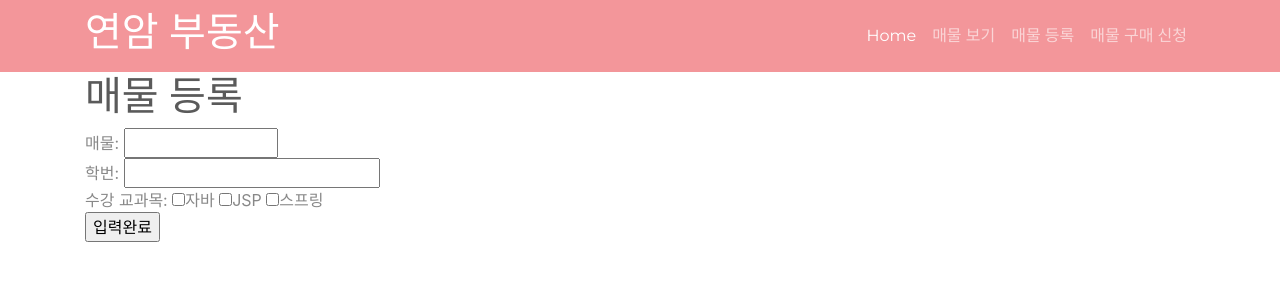
Repository: Leekm0912/2-1_JSP-DB_Project
Page: http://localhost/WebTest/DB/InsertTable.jsp
The author's editor kept a copy of each file at every save. The page is drawn from the files as they stood at one save, then again after the next save.
The browser window is 1280 px wide. The pictures show the whole page.
The page is served by Tomcat 9. Other server files are loaded and not shown.

Above is the page before, as saved 2020-06-10 03:37:50.

### WebTest/WebContent/DB/InsertTable.jsp
<%@ page contentType="text/html; charset=utf-8"%>
<!DOCTYPE html>
<html lang="ko">

<head>

<meta charset="utf-8">
<meta name="viewport" content="width=device-width, initial-scale=1, shrink-to-fit=no">
<meta name="description" content="">
<meta name="author" content="">
<title>Bare - Start Bootstrap Template</title>

<!-- Bootstrap core CSS -->
<link href="vendor/bootstrap/css/bootstrap.min.css" rel="stylesheet">
</head>

<body>

	<!-- Navigation -->
	<nav class="navbar navbar-expand-lg navbar-dark bg-dark static-top">
		<div class="container">
			<h1 style="color: white;">연암 부동산</h1>
			<button class="navbar-toggler" type="button" data-toggle="collapse" data-target="#navbarResponsive" aria-controls="navbarResponsive" aria-expanded="false" aria-label="Toggle navigation">
				<span class="navbar-toggler-icon"></span>
			</button>
			<div class="collapse navbar-collapse" id="navbarResponsive">
				<ul class="navbar-nav ml-auto">
					<li class="nav-item active"><a class="nav-link" href="main.jsp">Home <span class="sr-only">(current)</span>
					</a></li>
					<li class="nav-item"><a class="nav-link" href="ViewTable.jsp">매물 보기</a></li>
					<li class="nav-item"><a class="nav-link" href="InsertTable.jsp">매물 등록</a></li>
					<li class="nav-item"><a class="nav-link" href="Order.jsp">매물 구매 신청</a></li>
				</ul>
			</div>
		</div>
	</nav>

	<!-- Page Content -->
	<div class="container">
		<h1>매물 등록</h1>
		<form action="add_data" method="post">
			매물: <input type="text" name="name" size="10"> <br>
		학번: <input type="text" name="id" size="20"> <br>
		수강 교과목:
		<input type="checkbox" name="subject" value="java">자바
		<input type="checkbox" name="subject" value="JSP">JSP
		<input type="checkbox" name="subject" value="Spring">스프링 <br>
		<%-- form 엘리먼트에 포함되는 input 엘리먼트들을 요청 파라미터로 만들어 --%>
		<%-- 일괄적으로 action 페이지에 전달한다. --%>
		<input type="submit" value="입력완료">
		</form>
	</div>

	<!-- Bootstrap core JavaScript -->
	<script src="vendor/jquery/jquery.slim.min.js"></script>
	<script src="vendor/bootstrap/js/bootstrap.bundle.min.js"></script>

</body>

</html>

After the next save:
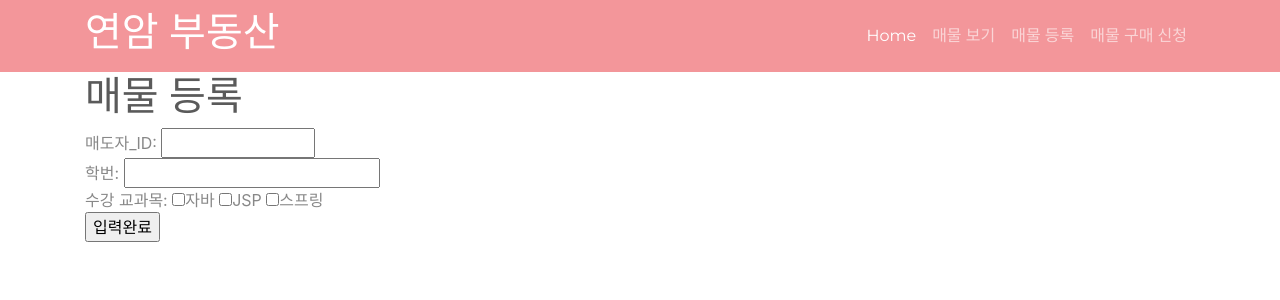
Saved 39 s later.
--- a/WebTest/WebContent/DB/InsertTable.jsp
+++ b/WebTest/WebContent/DB/InsertTable.jsp
@@ -39,7 +39,7 @@
 	<div class="container">
 		<h1>매물 등록</h1>
 		<form action="add_data" method="post">
-			매물: <input type="text" name="name" size="10"> <br>
+			매도자_ID: <input type="text" name="name" size="10"> <br>
 		학번: <input type="text" name="id" size="20"> <br>
 		수강 교과목:
 		<input type="checkbox" name="subject" value="java">자바
